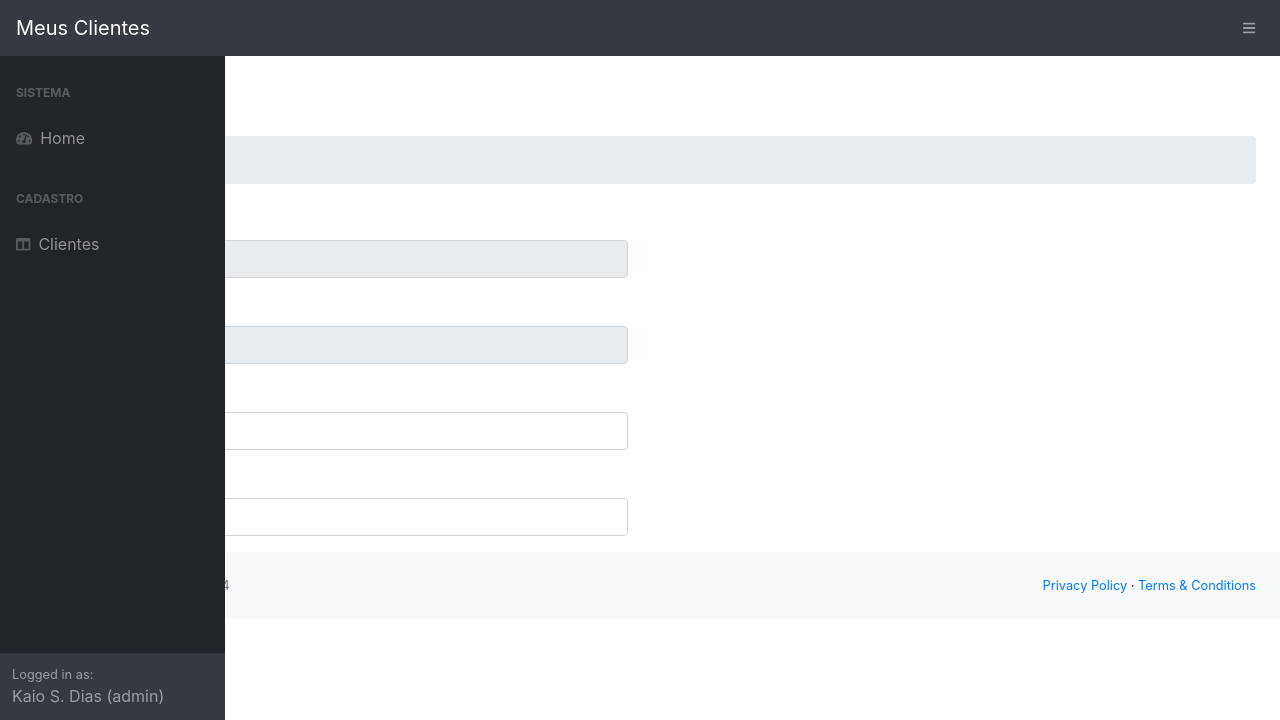
Repository: Kaio-Dias/Angular-Springboot
Page: /users-form (app in Frontend/clients-app/)
These files come from the project's save history. The page is drawn as it stood at one moment and after the next save; the edit follows.
The browser window is 1280 px wide. The pictures show the whole page.
Some web libraries are served in a nearby version. The project was rebuilt for these pictures with package versions that can differ from the ones it lists, and the page was loaded fresh each time. Also part of the build but not shown: Frontend/clients-app/angular.json, Frontend/clients-app/src/app/home/home.component.ts.

Above is the page before, as saved 2024-07-03 15:32:45.

### Frontend/clients-app/src/index.html
<!doctype html>
<html lang="en">
<head>
  <meta charset="utf-8">
  <title>ClientsApp</title>
  <base href="/">
  <meta name="viewport" content="width=device-width, initial-scale=1">
  <link rel="icon" type="image/x-icon" href="favicon.ico">
  <script src="https://cdnjs.cloudflare.com/ajax/libs/font-awesome/5.11.2/js/all.min.js" crossorigin="anonymous"></script>
</head>
<body class="sb-nav-fixed">
  <app-root></app-root>
</body>
</html>

### Frontend/clients-app/src/app/app.component.ts
import { Component } from '@angular/core';
import { RouterModule, RouterOutlet } from '@angular/router';
import { routes } from './app.routes';

import { HomeComponent } from './home/home.component';
import {TemplateModule} from './template/template.module';
import {UsersModule} from './users/users.module';

@Component({
  selector: 'app-root',
  standalone: true,
  imports: [
    RouterOutlet,
    HomeComponent,
    TemplateModule,
    UsersModule
  ],
  templateUrl: './app.component.html',
  styleUrls: ['./app.component.css']
})
export class AppComponent {
  title = 'clients-app';
}

### Frontend/clients-app/src/app/app.routes.ts
import { Routes } from '@angular/router';
import { UsersFormComponent } from './users/users-form/users-form.component';
import { HomeComponent } from './home/home.component';

export const routes: Routes = [
    { path: '', redirectTo: '/home', pathMatch: 'full' },
    { path: 'home', component: HomeComponent },
    { path: 'users-form', component: UsersFormComponent }
];

### Frontend/clients-app/src/app/app.component.html
<app-navbar></app-navbar>
<div id="layoutSidenav">
  <app-sidebar></app-sidebar>
  <div id="layoutSidenav_content">
    <main>
      <div class="container-fluid">
        <router-outlet></router-outlet>
      </div>
      <footer class="py-4 bg-light mt-auto">
        <div class="container-fluid">
            <div class="d-flex align-items-center justify-content-between small">
                <div class="text-muted">Copyright &copy; Client Manager 2024</div>
                <div>
                    <a href="#">Privacy Policy</a>
                    &middot;
                    <a href="#">Terms &amp; Conditions</a>
                </div>
            </div>
        </div>
    </footer>
    </main>
  </div>
</div>

### Frontend/clients-app/src/app/template/template.module.ts
import { NgModule } from '@angular/core';
import { CommonModule } from '@angular/common';
import { NavbarComponent } from './navbar/navbar.component';
import {SidebarComponent } from './sidebar/sidebar.component';
import { RouterModule } from '@angular/router';



@NgModule({
  declarations: [],
  imports: [
    CommonModule,
    RouterModule,
    NavbarComponent,
    SidebarComponent
  ],
  exports: [
    NavbarComponent,
    SidebarComponent
  ]
})
export class TemplateModule { }

### Frontend/clients-app/src/app/users/users.module.ts
import { NgModule } from '@angular/core';
import { CommonModule } from '@angular/common';

import { UsersRoutingModule } from './users-routing.module';
import { UsersFormComponent } from './users-form/users-form.component';


@NgModule({
  declarations: [],
  imports: [
    CommonModule,
    UsersRoutingModule,
    UsersFormComponent
  ],
  exports:[
    UsersFormComponent
  ]
})
export class UsersModule { }

### Frontend/clients-app/src/app/users/users-form/users-form.component.ts
import { Component } from '@angular/core';

@Component({
  selector: 'app-users-form',
  standalone: true,
  imports: [],
  templateUrl: './users-form.component.html',
  styleUrl: './users-form.component.css'
})
export class UsersFormComponent {

}

### Frontend/clients-app/src/app/template/navbar/navbar.component.ts
import { Component, AfterViewInit } from '@angular/core';

@Component({
  selector: 'app-navbar',
  standalone: true,
  imports: [],
  templateUrl: './navbar.component.html',
  styleUrl: './navbar.component.css'
})
export class NavbarComponent {

}

### Frontend/clients-app/src/app/users/users-routing.module.ts
import { NgModule } from '@angular/core';
import { RouterModule, Routes } from '@angular/router';
import { UsersFormComponent } from './users-form/users-form.component';

const routes: Routes = [
  { path: 'users-form', component: UsersFormComponent}
];

@NgModule({
  imports: [RouterModule.forChild(routes)],
  exports: [RouterModule]
})
export class UsersRoutingModule { }

### Frontend/clients-app/src/app/users/users-form/users-form.component.html
<h1 class="mt-4">Clientes</h1>
<ol class="breadcrumb mb-4">
    <li class="breadcrumb-item active">Cadastro</li>
</ol>
<div class="container">
    <form>
        <div class="row">
            <div class="col-md-6">
                <div class="form-group">
                    <label>ID: </label>
                    <input type="text" class="form-control" disabled="true">
                </div>
            </div>
        </div>

        <div class="row">
            <div class="col-md-6">
                <div class="form-group">
                    <label>Data Cadastro: </label>
                    <input type="text" class="form-control" disabled="true">
                </div>
            </div>
        </div>

        <div class="row">
            <div class="col-md-6">
                <div class="form-group">
                    <label>Nome: *</label>
                    <input type="text" class="form-control">
                </div>
            </div>
        </div>

        <div class="row">
            <div class="col-md-6">
                <div class="form-group">
                    <label>CPF: *</label>
                    <input type="text" class="form-control">
                </div>
            </div>
        </div>
    </form>
</div>

### Frontend/clients-app/src/app/template/navbar/navbar.component.html
<nav class="sb-topnav navbar navbar-extend navbar-dark bg-dark">
    <a class="navbar-brand" href="#">Meus Clientes</a>
    <button class="btn btn-link btn-sm order-1 order-lg-0" id="sidebarToggle">
        <i class="fas fa-bars"></i>
    </button>
</nav>

### Frontend/clients-app/src/app/template/sidebar/sidebar.component.html
<div id="layoutSidenav">
    <div id="layoutSidenav_nav">
        <nav class="sb-sidenav accordion sb-sidenav-dark" id="sidenavAccordion">
            <div class="sb-sidenav-menu">
                <div class="nav">
                    <div class="sb-sidenav-menu-heading">Sistema</div>
                    <a class="nav-link" href="/home"
                        ><div class="sb-nav-link-icon"><i class="fas fa-tachometer-alt"></i></div>
                        Home</a
                    >
                    <div class="sb-sidenav-menu-heading">Cadastro</div>
                    <a class="nav-link collapsed" href="/users-form" data-toggle="collapse" data-target="#collapseLayouts" aria-expanded="false" aria-controls="collapseLayouts"
                        ><div class="sb-nav-link-icon"><i class="fas fa-columns"></i></div>
                        Clientes
                    </a>
                    <div class="collapse" id="collapseLayouts" aria-labelledby="headingOne" data-parent="#sidenavAccordion">
                        <nav class="sb-sidenav-menu-nested nav"><a class="nav-link" href="layout-static.html">Static Navigation</a><a class="nav-link" href="layout-sidenav-light.html">Light Sidenav</a></nav>
                    </div>
                    </div>
                </div>
            <div class="sb-sidenav-footer">
                <div class="small">Logged in as:</div>
                Kaio S. Dias (admin)
            </div>
        </nav>
    </div>

Loaded but not shown: Frontend/clients-app/src/styles.css (library); Frontend/clients-app/src/main.ts (common file); Frontend/clients-app/src/app/app.config.ts (common file); Frontend/clients-app/src/app/app.component.css (library); Frontend/clients-app/src/app/template/sidebar/sidebar.component.ts (common file); Frontend/clients-app/src/app/template/navbar/navbar.component.css (no stored copy; drawn as an empty file); Frontend/clients-app/src/app/template/sidebar/sidebar.component.css (no stored copy; drawn as an empty file); Frontend/clients-app/src/app/users/users-form/users-form.component.css (no stored copy; drawn as an empty file)

After the next save:
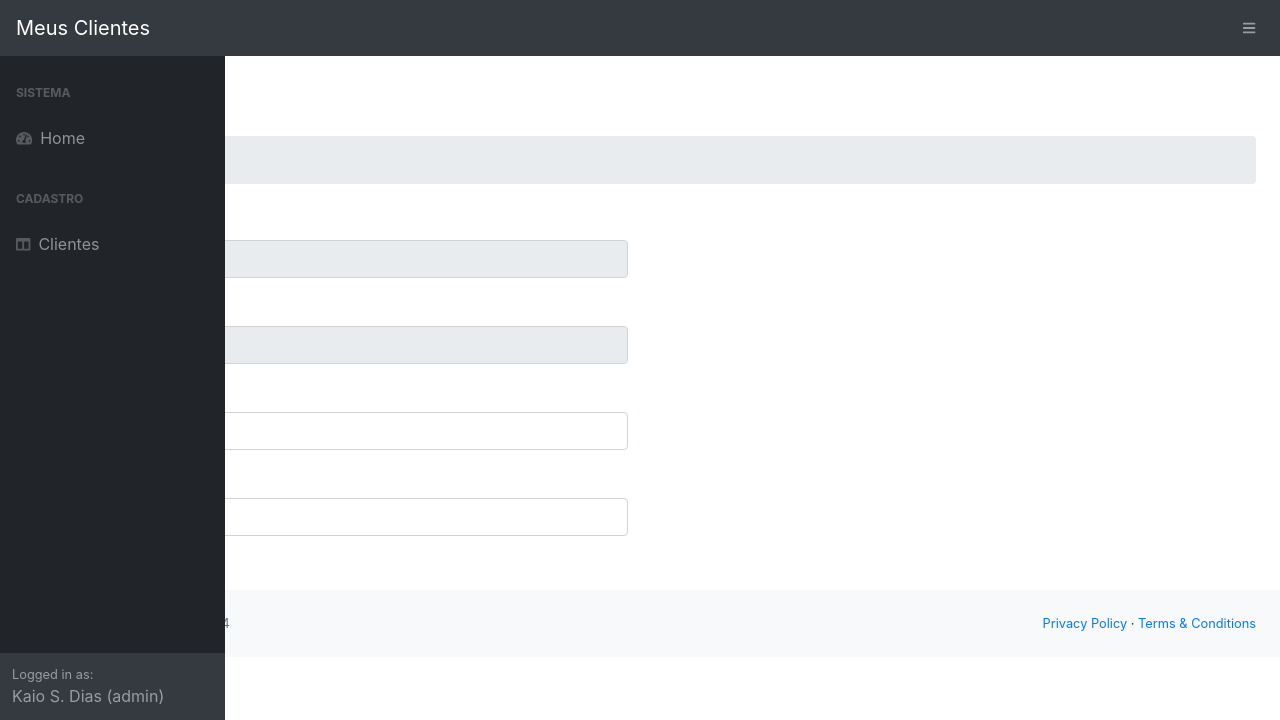
Saved 2 min 7 s later.
--- a/Frontend/clients-app/src/app/users/users-form/users-form.component.html
+++ b/Frontend/clients-app/src/app/users/users-form/users-form.component.html
@@ -39,5 +39,13 @@
                 </div>
             </div>
         </div>
+
+        <div class="row">
+            <div class="col-md-2">
+                <button type="submit" class="btn btn-sucess">
+                    <i class="fa fa-save"></i>
+                </button>
+            </div>
+        </div>
     </form>
 </div>
